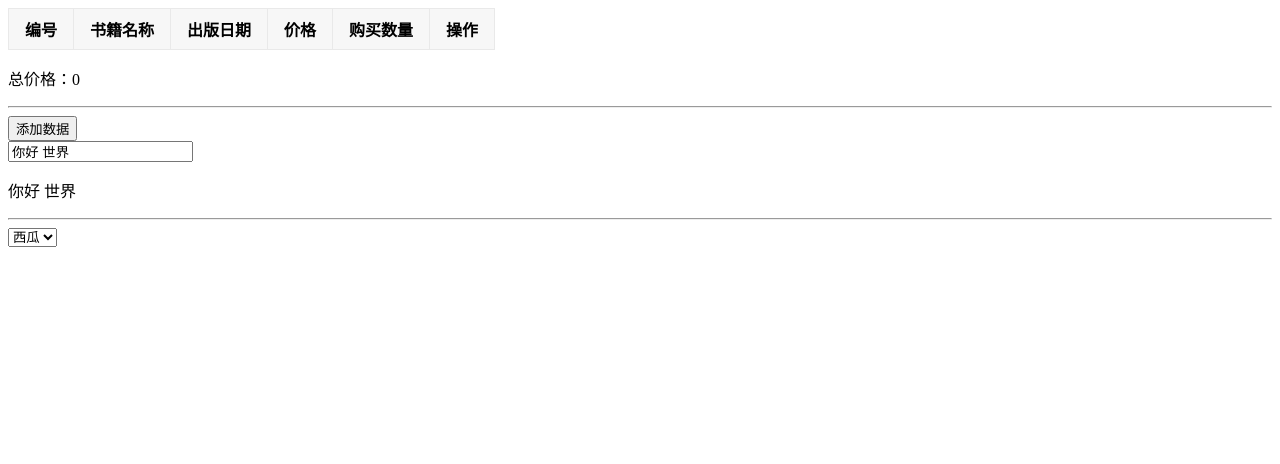
Repository: 1404413577/jsdemo
Page: /res (app in vue-demo/myweb3/)
The author's editor kept a copy of each file at every save. The page is drawn from the files as they stood at one save, then again after the next save.
The browser window is 1280 px wide. The pictures show the whole page.
The page's requests for data from a server got no answer. The project was rebuilt for these pictures with package versions that can differ from the ones it lists, and the page was loaded fresh each time. No one was signed in, and anything a server would have sent is missing. Also part of the build but not shown: vue-demo/myweb3/vue.config.js.

Above is the page before, as saved 2022-12-01 14:04:44.

### vue-demo/myweb3/src/main.js
import { createApp } from 'vue'
import App from './App.vue'
import router from './router'
import store from './store'

createApp(App).use(store).use(router).mount('#app')

// 用法：1.{{ item.time | format("YYYY-MM-DD HH:mm:ss") }}
// 用法：2. this.$moment(this.time).format("YYYY-MM-DD HH:mm:ss");
import Moment from 'moment'

// 定义全局时间戳过滤器
Vue.filter('formatDate', function(value) {
  return Moment(value).format('YYYY-MM-DD HH:mm:ss')
})

Vue.config.productionTip = false

### vue-demo/myweb3/src/App.vue
<template>
  <router-view/>
</template>

<script>

</script>
<style lang="less">

</style>

### vue-demo/myweb3/src/router/index.js
import { createRouter, createWebHistory } from 'vue-router'

const routes = [
  {
    path: "/home",
    component: 'home',
    component: () => import('../views/Home.vue')
},
  {
    path: '/onclick',
    name: 'onclick',
    component: () => import('../views/OnClick.vue')
  },
  {
    path: '/res',
    name: 'res',
    component: () => import('../views/res.vue')

  }
]

const router = createRouter({
  history: createWebHistory(process.env.BASE_URL),
  routes
})

export default router

### vue-demo/myweb3/src/views/res.vue
<template>
  <div>
    <!-- <Demo />
    <Tab /> -->
    <SHOP />
    <ZL></ZL>
  </div>
</template>

<script>
// import Demo from "@/components/vue2/demo.vue";
// import Tab from "@/components/vue2/Tab.vue";
import SHOP from "@/components/vue2/shop.vue";
import ZL from "@/components/vue2/zhiling.vue"
export default {
  components: {
    // Demo,
    // Tab,
    SHOP,
    ZL
  },
};
</script>

<style>

</style>

### vue-demo/myweb3/src/components/vue2/shop.vue
<template>
  <div>
    <table>
      <thead>
        <tr>
          <th v-for="(item, index) in titles" :key="index">{{ item }}</th>
        </tr>
      </thead>
      <tbody>
        <tr v-for="(item, index) in books" :key="item.id">
          <td>{{ index }}</td>
          <td>{{ item.name }}</td>
          <td>{{ item.date }}</td>
          <td>{{ item.prince }}</td>
          <td>
            <button @click="subFn(index)">-</button>
            <span>{{ item.num }}</span>
            <button @click="addFn(index)">+</button>
          </td>
          <td>
            <button @click="remove(index)">移除</button>
          </td>
        </tr>
      </tbody>
    </table>
    <p>总价格：{{ totalPrice }}</p>

    <hr />

    <button @click="addFn">添加数据</button>
  </div>
</template>

<script>
import { getBook, addBook, delBook } from "@/api";
import axios from "axios";
export default {
  data() {
    return {
      titles: ["编号", "书籍名称", "出版日期", "价格", "购买数量", "操作"],
      books: [],
    };
  },
  created() {
    getBook({}).then((res) => {
      console.log(res);
      this.books = res.data;
    });
  },
  methods: {
    addFn(index) {
      this.books[index].num++;
    },
    subFn(index) {
      if (this.books[index].num == 0) {
        this.books.splice(index, 1);
      }
      this.books[index].num--;
    },
    remove(id) {
      console.log(id)
      axios({
        url: "http://localhost:5050/book/del",
        method: "POST",
        data: {
          id: id,
        },
        success(res) {
          console.log(res);
        },
        error(err) {
          console.log(err);
        },
      });
      this.books.splice(id, 1);
    },
    // data: { id: 7, name: "js", date: "2023-8-9", prince: 55, num: 8 },
    addFn() {
      axios({
        url: "http://localhost:5050/book/add",
        method: "POST",
        data: {
          id: 13,
          name: "js",
          date: this.harvestTime,
          prince: "56",
          num: "1",
        },
        success(res) {
          console.log(res);
        },
        error(err) {
          console.log(err);
        },
      });

      // addBook({
      //   data: { id: 7, name: "js", date: "2023-8-9", prince: 55, num: 8 },
      // }).then((res) => {
      //   console.log(res);
      // });
    },
  },
  computed: {
    totalPrice() {
      return this.books.reduce((prev, current) => {
        prev += current.num * current.prince;
        return prev;
      }, 0);
    },
    harvestTime() {
      var date = new Date();
      var year = date.getFullYear();
      var month = date.getMonth() + 1;
      var day = date.getDate();
      var hour = date.getHours();
      var minute = date.getMinutes();
      var second = date.getSeconds();
      var time = `${year}-${month}-${day}-${hour}-${minute}-${second}`;
      return time;
    },
  },
};
</script>

<style scoped>
table {
  border: 1px solid #e9e9e9;
  border-collapse: collapse;
  border-spacing: 0;
}

td,
th {
  padding: 8px 16px;
  border: 1px solid #e9e9e9;
  text-align: left;
}
th {
  background-color: #f7f7f7;
}
</style>

### vue-demo/myweb3/src/components/vue2/zhiling.vue
<template>
  <div>
    <input type="text" v-model="msg" v-on:input="iptChange"/>
    <p>{{ msg }}</p>

    <hr>
    <select v-model="result">
      <option value="apple">苹果</option>
      <option value="banana">香蕉</option>
      <option value="watermelo">西瓜</option>
    </select>
  </div>
</template>
// v-model 是语法糖 v-model = :value+ @input
<script>
export default {
  data() {
    return {
      msg: "你好 世界",
      result:"watermelo",
    };
  },
  methods:{
    iptChange(e) {
        // 每次触发DOM事件时会产生一个事件对象（也称event对象），此处的参数e接收事件对象。
        // 而事件对象也有很多属性和方法，其中target属性是获取触发事件对象的目标，
        // 也就是        绑定事件的元素，e.target表示该DOM元素，然后在获取其相应的属性值。
        console.log(e.target.value);
        this.msg = e.target.value
    }
  }
};
</script>

<style></style>

### vue-demo/myweb3/src/api/index.js
//导入request.js
import request from "@/utils/request";
//可以按需导出
export const getProduct = () => request.get("/list");

export const getHome = () => request.get("/home");

export const getBook = () => request.get("/book");

export const addBook = (data) => request.post("/book/add", data);

export const delBook = (parmas) => request.post("/book/del", parmas);

export const updateBook = (data) => request.post("/book/update", data);

### vue-demo/myweb3/src/utils/request.js
import axios from "axios";//创建一个axios的对象
//生成一个axios的实例
const http=axios.create({
	baseURL:"http://localhost:5050",// baseURL会在发送请求的时候拼接在url参数前面
	timeout:3000,//请求超时
});



export default http;//导出

### vue-demo/myweb3/src/components/vue2/add.vue
<template>
  <div>
    <label
      >ID:
      <input type="text" v-model="id" />
    </label>
    <label
      >Name:
      <input type="text" v-model="name" />
    </label>
    <input type="button" value="add" @click="add" />
    <p v-for="item in list" :key="item.id">{{ item.id }}---{{ item.name }}</p>
  </div>
</template>

<script>
export default {
  data() {
    return {
      id: "",
      name: "",
      list: [
        {
          id: 1,
          name: "唐僧",
        },
        {
          id: 2,
          name: "猪八戒",
        },
        {
          id: 3,
          name: "孙悟空",
        },
        {
          id: 4,
          name: "沙悟净",
        },
      ],
    };
  },
  methods: {
    add() {
      // 添加数据
      this.list.unshift({
        id: this.id,
        name: this.name,
      });
    },
  },
};
</script>

<style></style>

Loaded but not shown: vue-demo/myweb3/public/index.html (common file); vue-demo/myweb3/src/store/index.js (common file)

After the next save:
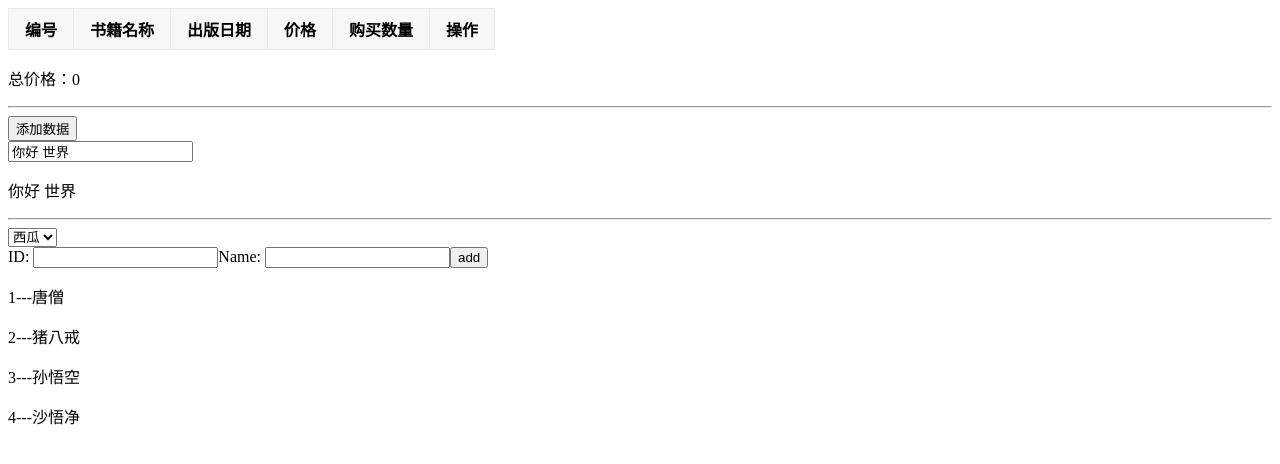
Saved 48 s later.
--- a/vue-demo/myweb3/src/views/res.vue
+++ b/vue-demo/myweb3/src/views/res.vue
@@ -4,6 +4,7 @@
     <Tab /> -->
     <SHOP />
     <ZL></ZL>
+    <add></add>
   </div>
 </template>
 
@@ -12,12 +13,14 @@
 // import Tab from "@/components/vue2/Tab.vue";
 import SHOP from "@/components/vue2/shop.vue";
 import ZL from "@/components/vue2/zhiling.vue"
+import add from "@/components/vue2/add.vue"
 export default {
   components: {
     // Demo,
     // Tab,
     SHOP,
-    ZL
+    ZL,
+    add
   },
 };
 </script>
